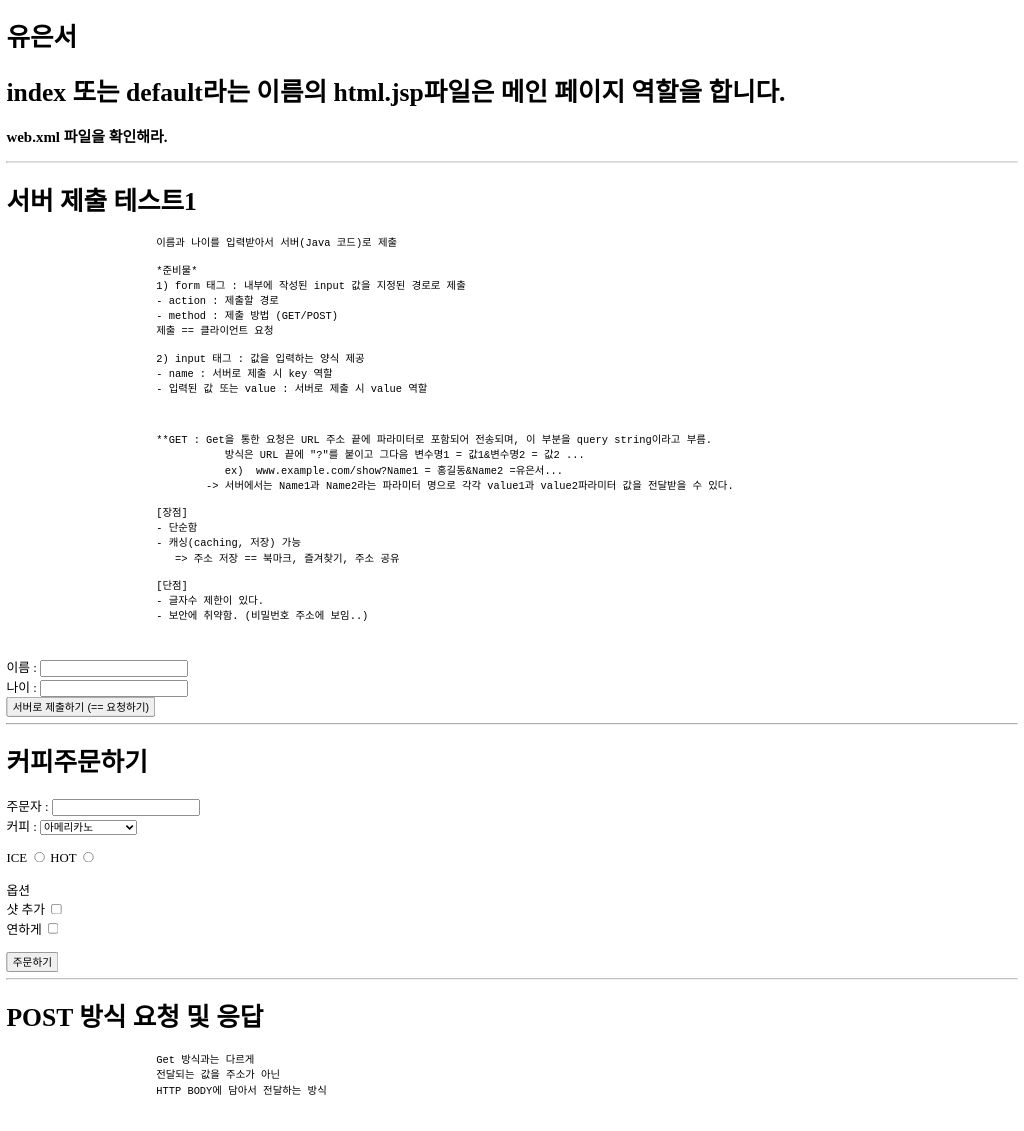
Repository: vegayes/06_Server
Page: ServletProject/src/main/webapp/index.html
The author's editor kept a copy of each file at every save. The page is drawn from the files as they stood at one save, then again after the next save.
The browser window is 1280 px wide. The pictures show the whole page, at 80% of full size.

Above is the page before, as saved 2023-09-15 03:01:58.

After the next save:
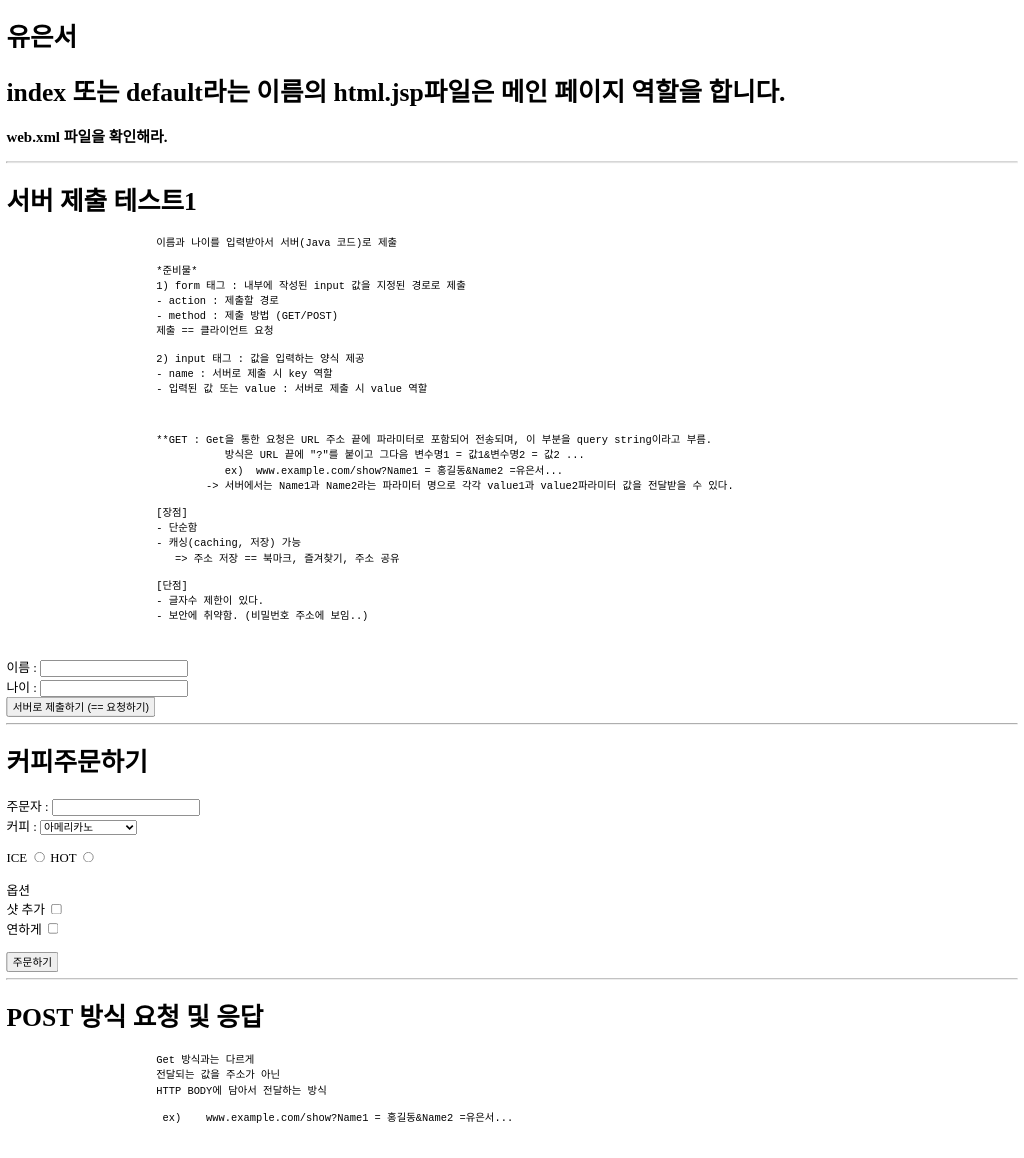
Saved 30 s later.
--- a/ServletProject/src/main/webapp/index.html
+++ b/ServletProject/src/main/webapp/index.html
@@ -93,6 +93,8 @@
 			전달되는 값을 주소가 아닌
 			HTTP BODY에 담아서 전달하는 방식
 
+			 ex) 	www.example.com/show?Name1 = 홍길동&Name2 =유은서...
+
 		</pre>
 
 
